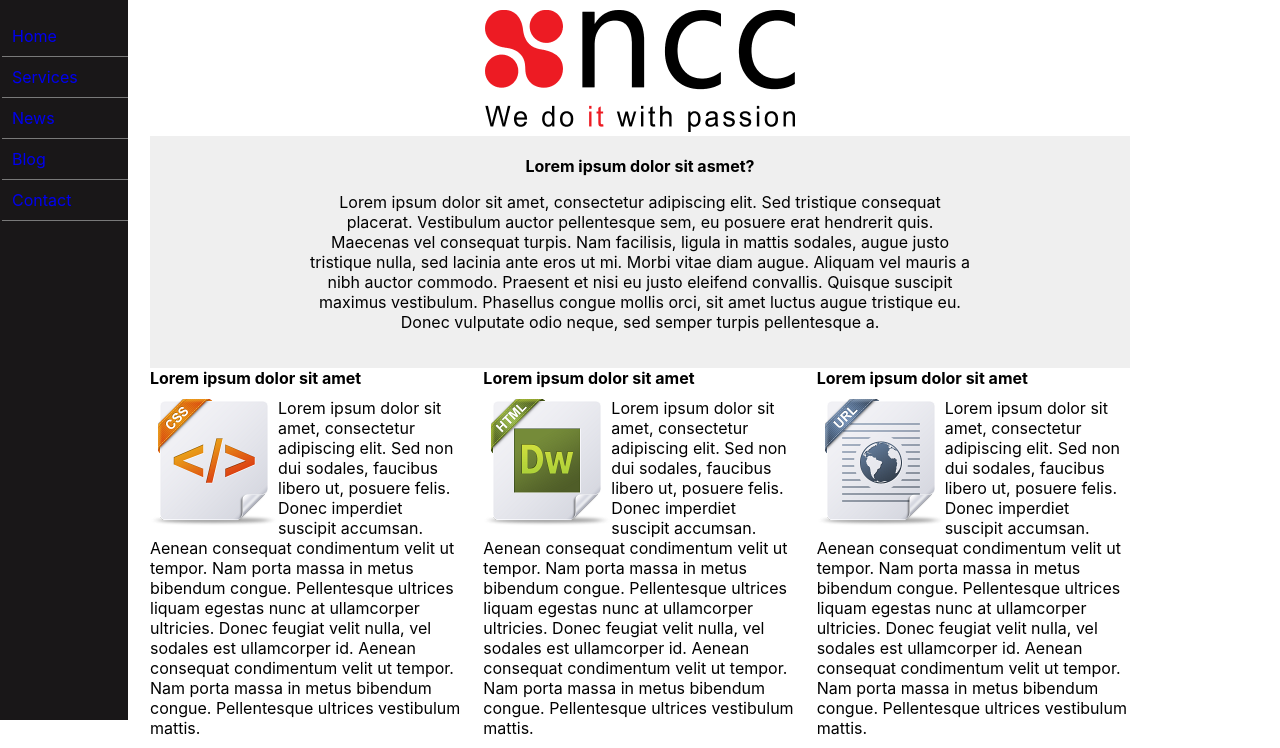
Repository: nganha241/testt
Page: /
The author's editor kept a copy of each file at every save. The page is drawn from the files as they stood at one save, then again after the next save.
The browser window is 1280 px wide. The pictures show the whole page.
The project was rebuilt for these pictures with package versions that can differ from the ones it lists, and the page was loaded fresh each time.

Above is the page before, as saved 2023-02-28 11:40:00.

After the next save:
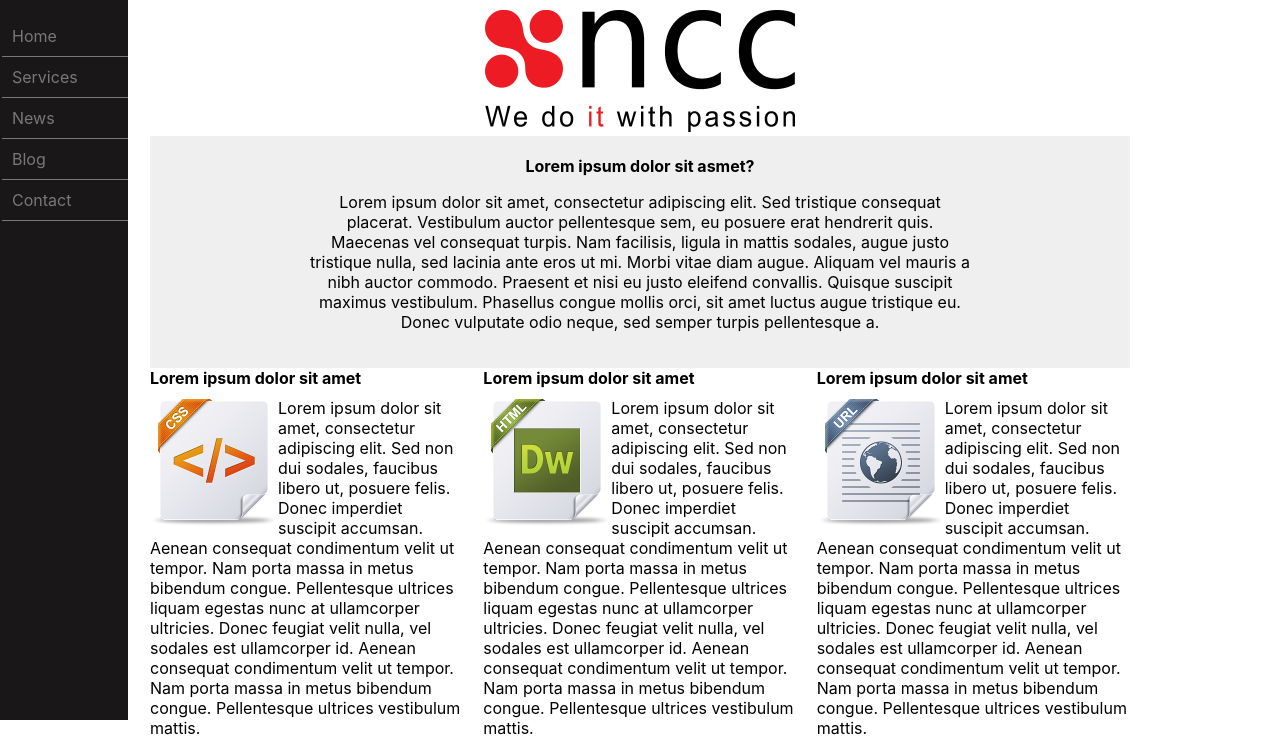
Saved 20 s later.
--- a/src/pages/Navbar/Navbar.css
+++ b/src/pages/Navbar/Navbar.css
@@ -20,5 +20,6 @@
   background: wheat;
 }
 .nav-content li a {
+  color: #aaaa;
   text-decoration: none;
 }
